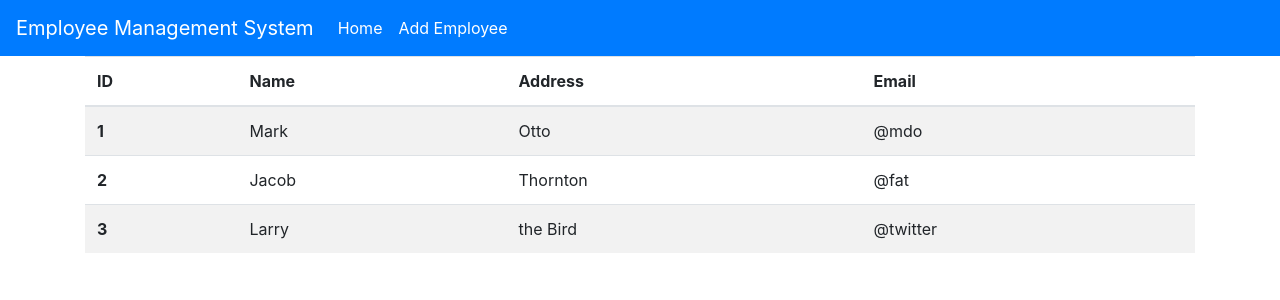
Repository: Keshav1902/Employee-Management-System
Page: http://localhost/index
The author's editor kept a copy of each file at every save. The page is drawn from the files as they stood at one save, then again after the next save.
The browser window is 1280 px wide. The pictures show the whole page.
Some web libraries are served in a nearby version. The page is this project's Thymeleaf template; nobody is signed in. The template is opened directly, without the code that normally fills it, so the values that code supplies are empty.

Above is the page before, as saved 2023-10-23 10:22:47.

### Employee_Management_System/src/main/resources/templates/index.html
<!doctype html>
<html lang="en">
<head>
<!-- Required meta tags -->
<meta charset="utf-8">
<meta name="viewport"
	content="width=device-width, initial-scale=1, shrink-to-fit=no">

<!-- Bootstrap CSS -->
<link rel="stylesheet"
	href="https://cdn.jsdelivr.net/npm/bootstrap@4.0.0/dist/css/bootstrap.min.css"
	integrity="sha384-Gn5384xqQ1aoWXA+058RXPxPg6fy4IWvTNh0E263XmFcJlSAwiGgFAW/dAiS6JXm"
	crossorigin="anonymous">

<title>Home Page</title>
</head>
<body>

	<nav class="navbar navbar-expand-lg navbar-dark bg-primary">
		<a class="navbar-brand" href="#">Employee Management System</a>
		<button class="navbar-toggler" type="button" data-toggle="collapse"
			data-target="#navbarSupportedContent"
			aria-controls="navbarSupportedContent" aria-expanded="false"
			aria-label="Toggle navigation">
			<span class="navbar-toggler-icon"></span>
		</button>

		<div class="collapse navbar-collapse" id="navbarSupportedContent">
			<ul class="navbar-nav mr-auto">
				<li class="nav-item active"><a class="nav-link" href="#">Home
						<span class="sr-only">(current)</span>
				</a></li>
				<li class="nav-item active"><a class="nav-link" href="#">Add Employee</a></li>
			</ul>
		</div>
	</nav>

	<div class ="container">
		<table class="table table-striped">
  <thead>
    <tr>
      <th scope="col">ID</th>
      <th scope="col">Name</th>
      <th scope="col">Address</th>
      <th scope="col">Email</th>
    </tr>
  </thead>
  <tbody>
    <tr>
      <th scope="row">1</th>
      <td>Mark</td>
      <td>Otto</td>
      <td>@mdo</td>
    </tr>
    <tr>
      <th scope="row">2</th>
      <td>Jacob</td>
      <td>Thornton</td>
      <td>@fat</td>
    </tr>
    <tr>
      <th scope="row">3</th>
      <td>Larry</td>
      <td>the Bird</td>
      <td>@twitter</td>
    </tr>
  </tbody>
</table>
	</div>


	<!-- Optional JavaScript -->
	<!-- jQuery first, then Popper.js, then Bootstrap JS -->
	<script src="https://code.jquery.com/jquery-3.2.1.slim.min.js"
		integrity="sha384-KJ3o2DKtIkvYIK3UENzmM7KCkRr/rE9/Qpg6aAZGJwFDMVNA/GpGFF93hXpG5KkN"
		crossorigin="anonymous"></script>
	<script
		src="https://cdn.jsdelivr.net/npm/popper.js@1.12.9/dist/umd/popper.min.js"
		integrity="sha384-ApNbgh9B+Y1QKtv3Rn7W3mgPxhU9K/ScQsAP7hUibX39j7fakFPskvXusvfa0b4Q"
		crossorigin="anonymous"></script>
	<script
		src="https://cdn.jsdelivr.net/npm/bootstrap@4.0.0/dist/js/bootstrap.min.js"
		integrity="sha384-JZR6Spejh4U02d8jOt6vLEHfe/JQGiRRSQQxSfFWpi1MquVdAyjUar5+76PVCmYl"
		crossorigin="anonymous"></script>
</body>
</html>

After the next save:
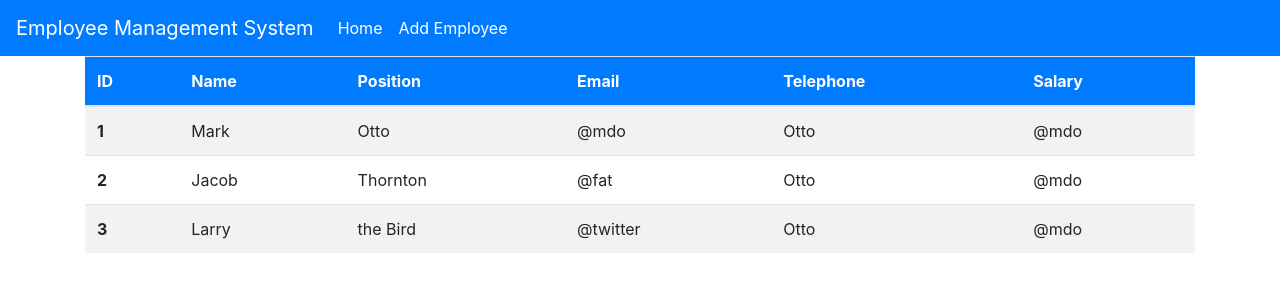
Saved 3 min 0 s later.
--- a/Employee_Management_System/src/main/resources/templates/index.html
+++ b/Employee_Management_System/src/main/resources/templates/index.html
@@ -37,12 +37,14 @@
 
 	<div class ="container">
 		<table class="table table-striped">
-  <thead>
+  <thead class="bg-primary text-white">
     <tr>
       <th scope="col">ID</th>
       <th scope="col">Name</th>
-      <th scope="col">Address</th>
+      <th scope="col">Position</th>
       <th scope="col">Email</th>
+      <th scope="col">Telephone</th>
+      <th scope="col">Salary</th>
     </tr>
   </thead>
   <tbody>
@@ -51,18 +53,24 @@
       <td>Mark</td>
       <td>Otto</td>
       <td>@mdo</td>
+      <td>Otto</td>
+      <td>@mdo</td>
     </tr>
     <tr>
       <th scope="row">2</th>
       <td>Jacob</td>
       <td>Thornton</td>
       <td>@fat</td>
+      <td>Otto</td>
+      <td>@mdo</td>
     </tr>
     <tr>
       <th scope="row">3</th>
       <td>Larry</td>
       <td>the Bird</td>
       <td>@twitter</td>
+      <td>Otto</td>
+      <td>@mdo</td>
     </tr>
   </tbody>
 </table>
